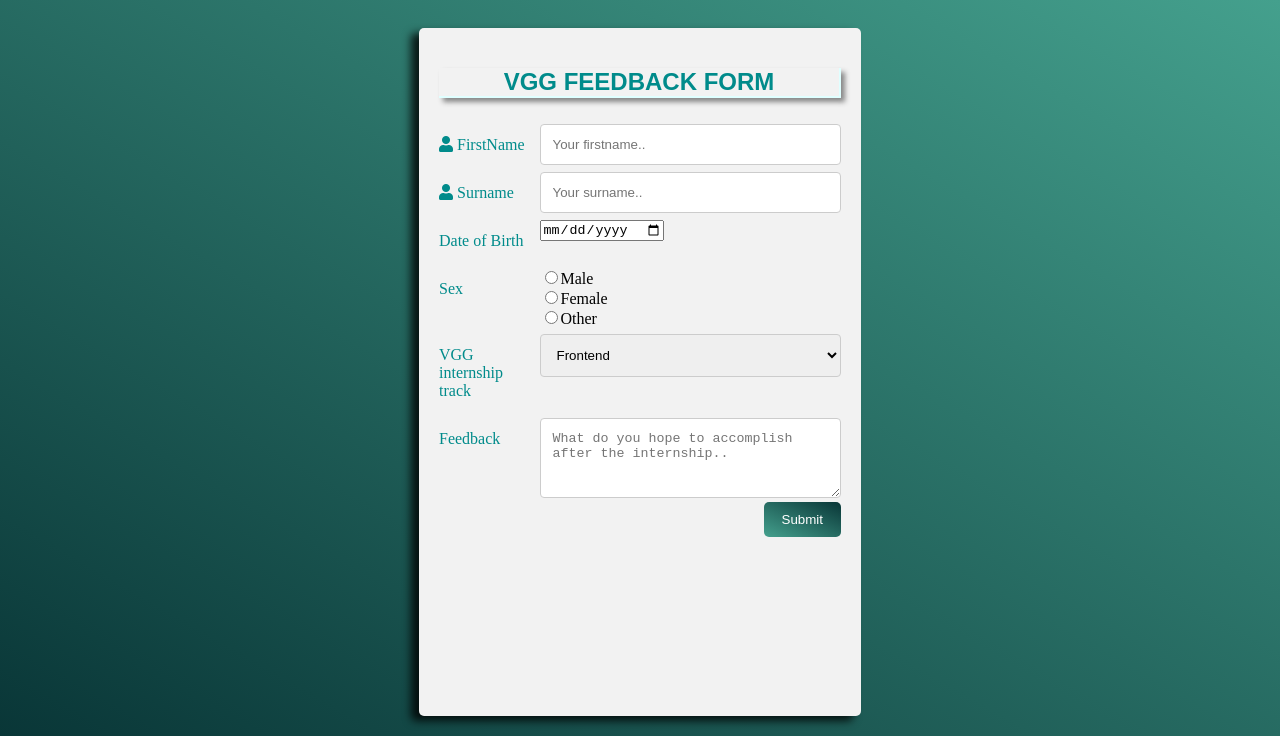
Repository: iphyokafor/VGG-Feedback-form
Page: index2.html
An editor plug-in stored every save of this project. The page is shown before and after the next save, followed by the edit.
The browser window is 1280 px wide. The pictures show the whole page.
Some web libraries are served in a nearby version.

Above is the page before, as saved 2020-01-27 11:39:06.

### index2.html
<!DOCTYPE html>
<html lang="en">

<head>
    <meta charset="UTF-8">
    <meta name="viewport" content="width=device-width, initial-scale=1.0">
    <meta http-equiv="X-UA-Compatible" content="ie=edge">
    <title>VGG feedback form</title>
    <link rel="stylesheet" href="https://use.fontawesome.com/releases/v5.8.1/css/all.css" integrity="sha384-50oBUHEmvpQ+1lW4y57PTFmhCaXp0ML5d60M1M7uH2+nqUivzIebhndOJK28anvf" crossorigin="anonymous">
    <link rel="stylesheet" href="./main.css">
</head>

<body>
    <div class="container">
        <form>
            <h2 class="heading">Vgg feedback form</h2>
            <div class="row">
                <div class="column1">
                    <i class="fas fa-user"></i>
                    <label for="name">FirstName</label>
                </div>
                <div class="column3">
                    <input type="text" class="txtinput" id="name" name="name" placeholder="Your firstname.." required>
                </div>
            </div>
            <div class="row">
                <div class="column1">
                    <i class="fas fa-user"></i>
                    <label for="surname">Surname</label>
                </div>
                <div class="column3">
                    <input type="text" class="txtinput" id="surname" name="surname" placeholder="Your surname.." required>
                </div>
            </div>
            <div class="row">
                <div class="column1">
                    <label for="dob">Date of Birth</label>
                </div>
                <div class="column3">
                    <input type="date" id="date" name="date">
                </div>
            </div>
            <div class="row">
                <div class="column1">
                    <label for="sex">Sex</label>
                </div>
                <div class="column3">
                    <input type="radio" class="radio-style" name="gender">Male<br>
                    <input type="radio" class="radio-style" name="gender">Female<br>
                    <input type="radio" class="radio-style" name="gender">Other
                </div>
            </div>
            <div class="row">
                <div class="column1">
                    <label for="VGG internship">VGG internship track</label>
                </div>
                <div class="column3">
                    <select id="VGG internship" name="VGG">
            <option value="frontend">Frontend</option>
            <option value="backend">Backend</option>
            <option value="ui/ux">UI/UX</option>
            <option value="software">Software Quality Assurance</option>
            <option value="devops">DevOps</option>
          </select>
                </div>
            </div>
            <div class="row">
                <div class="column1">
                    <label for="feedback">Feedback</label>
                </div>
                <div class="column3">
                    <textarea id="feedback" name="feedback" placeholder="What do you hope to accomplish after the internship.."></textarea>
                </div>
            </div>
            <div class="row">
                <input type="submit" class="btn" value="Submit">
            </div>
        </form>
    </div>

</body>

</html>

### main.css
/* Style inputs, select elements and textareas */

body {
    display: flex;
    justify-content: center;
    flex-wrap: wrap;
    background: linear-gradient(to right top, #093637, #44A08D);
    background-repeat: no-repeat;
    height: 100vh;
}

.txtinput,
select,
textarea {
    width: 100%;
    padding: 12px;
    border: 1px solid #ccc;
    border-radius: 4px;
    box-sizing: border-box;
    resize: vertical;
}

textarea {
    height: 80px;
}


/* Style the label to display next to the inputs */

label {
    padding: 12px 12px 12px 0;
    display: inline-block;
}


/* Style the submit button */

.btn {
    background: linear-gradient(to left bottom, #093637, #44A08D);
    color: white;
    padding: 10px 18px;
    border: none;
    border-radius: 5px;
    cursor: pointer;
    float: right;
    transition: all 1s;
}

.btn:hover {
    transform: scale(1.1);
}


/* Style the container */

.container {
    height: 90vh;
    margin-top: 20px;
    border-radius: 5px;
    background-color: #f2f2f2;
    padding: 20px;
    box-shadow: -8px 5px 8px rgba(0, 0, 0, 0.8);
    transition: border 0.15s linear 0s, linear 0s, color 0.15s linear 0s;
}

.heading {
    text-transform: uppercase;
    font-family: Arial, Helvetica, sans-serif;
    color: darkcyan;
    border-bottom: 2px solid lightcyan;
    border-right: 2px solid lightcyan;
    box-shadow: 4px 4px 5px #888888;
    width: 400px;
    text-align: center;
}


/* Floating column for labels: 25% width */

.column1 {
    float: left;
    width: 25%;
    margin-top: 6px;
    color: darkcyan;
}


/* Floating column for inputs: 75% width */

.column3 {
    float: left;
    width: 75%;
    margin-top: 6px;
}


/* Clear floats after the columns */

.row:after {
    content: "";
    display: table;
    clear: both;
}


/* Responsive layout - when the screen is less than 600px wide, make the two columns stack on top of each other instead of next to each other */

@media screen and (max-width: 600px) {
    .column1,
    .column3,
    .btn {
        width: 100%;
        margin-top: 0;
    }
}

After the next save:
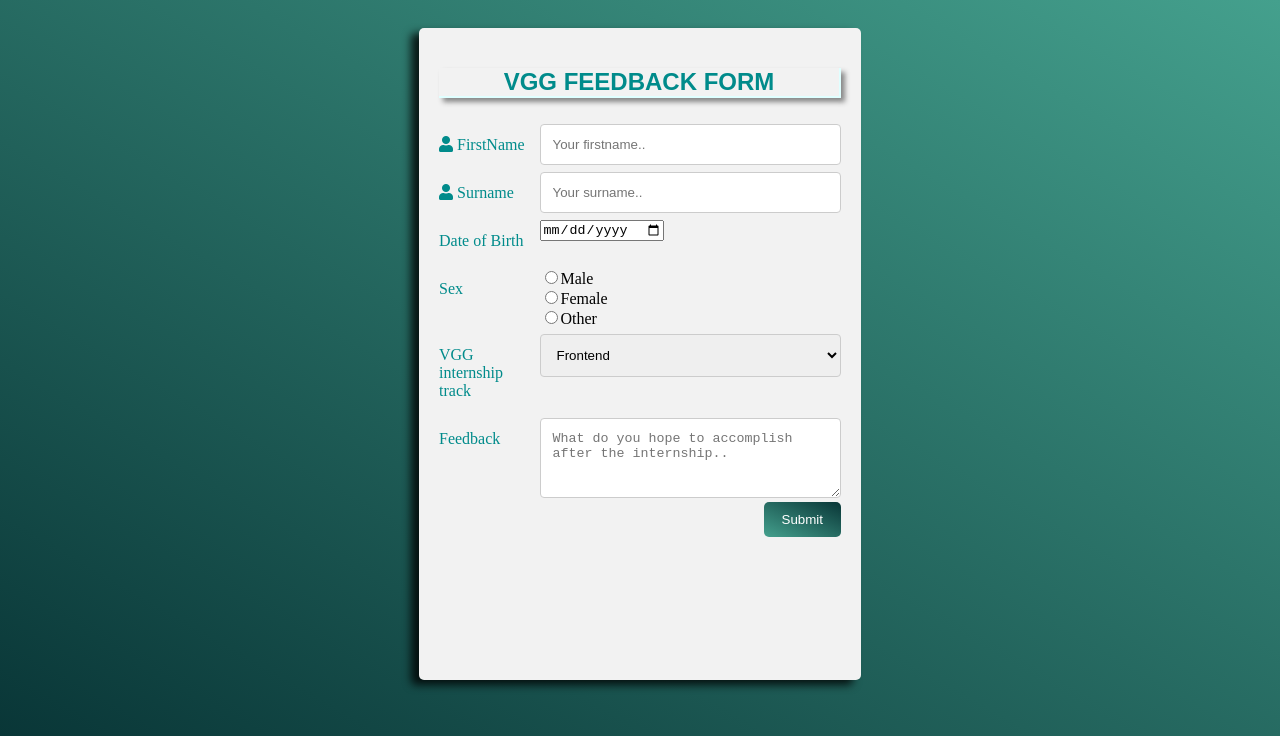
Saved 28 s later.
--- a/main.css
+++ b/main.css
@@ -54,7 +54,7 @@ label {
 /* Style the container */
 
 .container {
-    height: 90vh;
+    height: 85vh;
     margin-top: 20px;
     border-radius: 5px;
     background-color: #f2f2f2;
